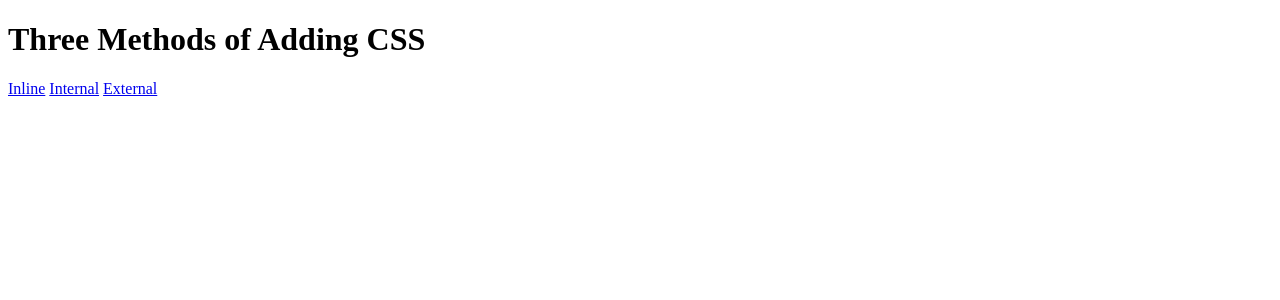
Repository: arzeee/Web_Course
Page: 5.1+Adding+CSS/5.1. Adding CSS/index.html
An editor plug-in stored every save of this project. The page is shown before and after a run of saves, followed by the edit.
The browser window is 1280 px wide. The pictures show the whole page.

Above is the page before, as saved 2024-12-06 10:07:30.

### 5.1+Adding+CSS/5.1. Adding CSS/index.html
<!DOCTYPE html>
<html lang="en">

<head>
  <meta charset="UTF-8">
  <title>Adding CSS</title>
</head>

<body>
  <h1>Three Methods of Adding CSS</h1>
  <!-- Create 3 Links to The 3 Webpages: inline, internal and external -->
   <p><a href="inline.html">Inline</a> <a href="internal.html">Internal</a> <a href="external.html">External</a></p>
</body>

</html>

After the next 7 saves:
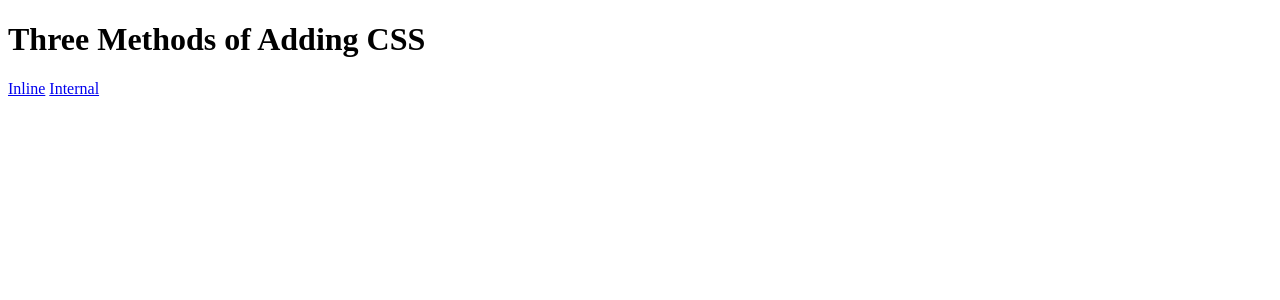
The 7 saves are shown as one change because they came seconds apart.
The last was saved 48 s later.
--- a/5.1+Adding+CSS/5.1. Adding CSS/index.html
+++ b/5.1+Adding+CSS/5.1. Adding CSS/index.html
@@ -9,7 +9,8 @@
 <body>
   <h1>Three Methods of Adding CSS</h1>
   <!-- Create 3 Links to The 3 Webpages: inline, internal and external -->
-   <p><a href="inline.html">Inline</a> <a href="internal.html">Internal</a> <a href="external.html">External</a></p>
+   <a href="inline.html">Inline</a>
+   <a href="internal.html">Internal</a>
 </body>
 
 </html>

After the 3 saves that followed:
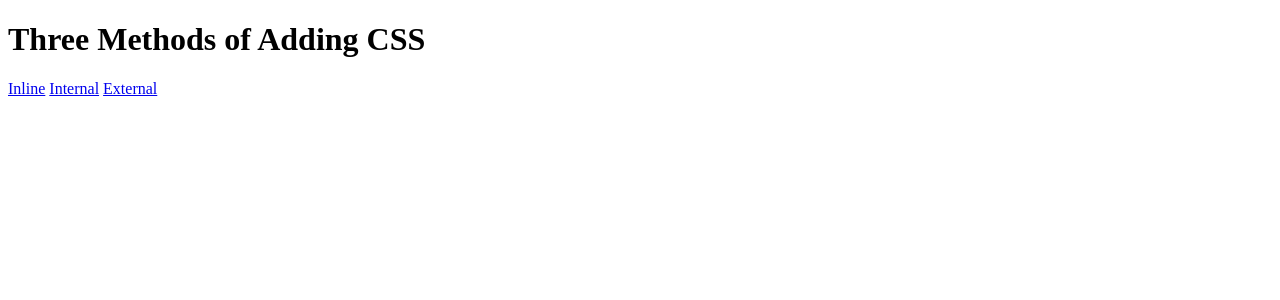
The 3 saves are shown as one change because they came seconds apart.
The last was saved 16 s later.
--- a/5.1+Adding+CSS/5.1. Adding CSS/index.html
+++ b/5.1+Adding+CSS/5.1. Adding CSS/index.html
@@ -11,6 +11,7 @@
   <!-- Create 3 Links to The 3 Webpages: inline, internal and external -->
    <a href="inline.html">Inline</a>
    <a href="internal.html">Internal</a>
+   <a href="external.html">External</a>
 </body>
 
 </html>
